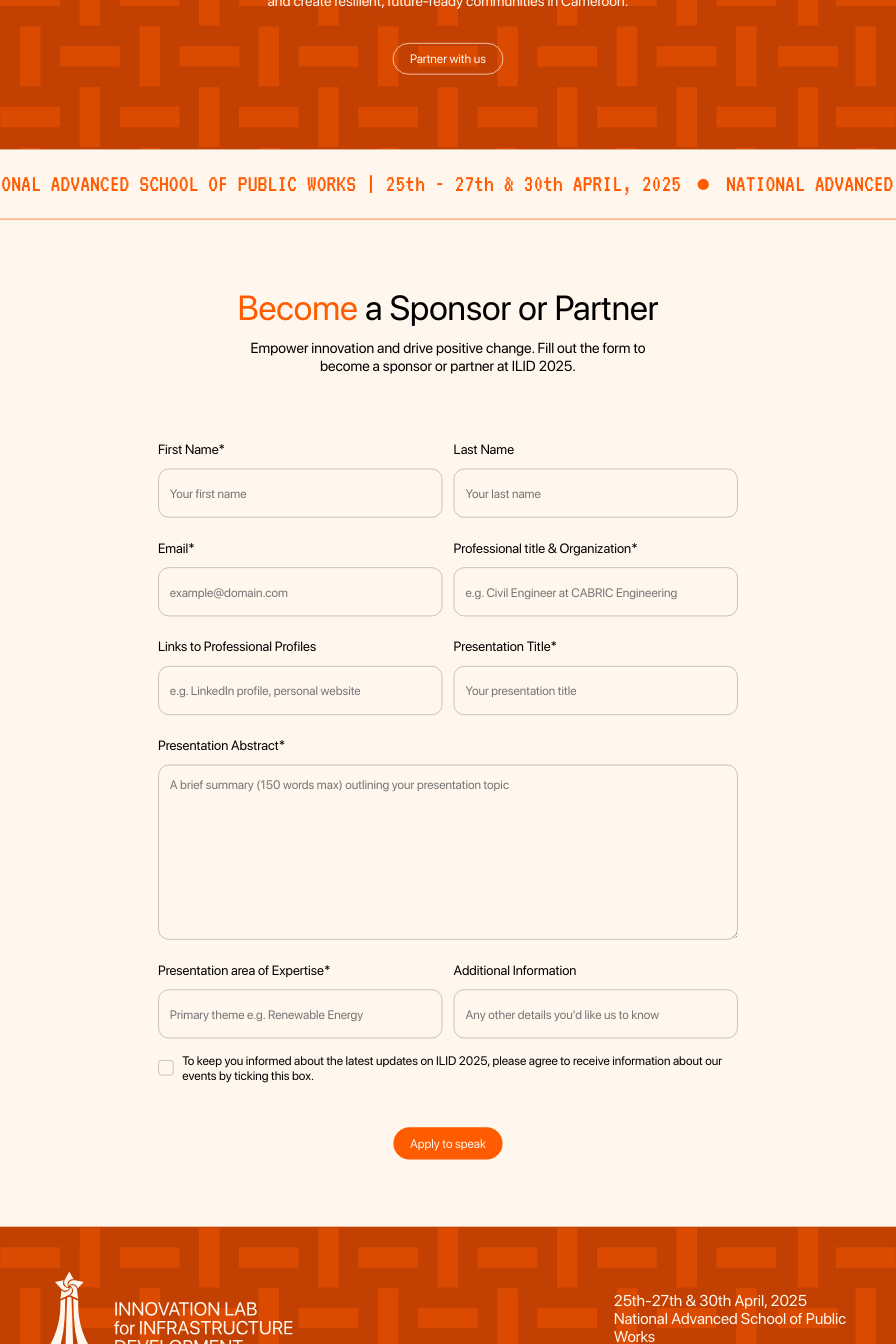
Repository: ilidevent/ilidwebsite
Page: /partners
These files come from the project's save history. The page is drawn as it stood at one moment and after the next save; the edit follows.
The browser window is 1280 px wide. The pictures show the part of the page from y = 399 to 2319 px (the page is 2758 px tall before and 2578 px after), at 70% of full size.
The project was rebuilt for these pictures with package versions that can differ from the ones it lists, and the page was loaded fresh each time. The framework's server and built-in components were replaced by stand-ins that run in the browser. Also part of the build but not shown: next.config.ts, components/ReUsables/ButtonTwo.tsx, styles/ReUsables/aboutboxwrapper.module.scss, components/ReUsables/TextEmail.tsx, styles/ReUsables/sloganbanner.module.scss, components/ReUsables/SloganBanner.tsx, styles/ReUsables/paddingtop.module.scss, components/ReUsables/PaddingTop.tsx and 42 more.

Above is the page before, as saved 2025-03-17 12:02:37.

### app/layout.tsx
import type { Metadata } from "next";
import localFont from "next/font/local";
import { Navbar } from "@/components";
import "../styles/globals.scss";
import Footer from "@/components/Navigation/Footer";

const regular = localFont({
  src: "./fonts/SF-Pro-Display-Regular.ttf",
  variable: "--regular-font"
})

const medium = localFont({
  src: "./fonts/SF-Pro-Display-Medium.ttf",
  variable: "--medium-font"
})

const semibold = localFont({
  src: "./fonts/SF-Pro-Display-Semibold.ttf",
  variable: "--semibold-font"
})

const heavy = localFont({
  src: "./fonts/SF-Pro-Display-Heavy.ttf",
  variable: "--heavy-font"
})

const script = localFont({
  src: "./fonts/VT323-Regular.ttf",
  variable: "--script-font"
})

export const metadata: Metadata = {
  title: "Innovation Lab for Infrastructure Development",
  description: "Generated by create next app",
};

export default function RootLayout({
  children,
}: Readonly<{
  children: React.ReactNode;
}>) {
  return (
    <html lang="en">
      <body className={`${regular.variable} ${medium.variable} ${semibold.variable} ${heavy.variable} ${script.variable}`}>
        <Navbar/>
        {children}
        <Footer/>
      </body>
    </html>
  );
}

### app/partners/layout.tsx
import type { Metadata } from "next";

export const metadata: Metadata = {
  title: "Partners ILID 2025",
  description: "From strategy to design, we craft brands that elevate visibility, build trust, and drive industry success.",
};

export default function RootLayout({
  children,
}: Readonly<{
  children: React.ReactNode;
}>) {
  return <>{children}</>;
}

### app/partners/page.tsx
import React from 'react'
import { PartnersPageWrapper } from '@/components'

const PartnersPage = () => {
  return (
    <div className='main'>
      <PartnersPageWrapper/>
    </div>
  )
}

export default PartnersPage

### components/index.ts
import Navbar from "./Navigation/Navbar";
import HomePageWrapper from "./HomePage/HomePageWrapper";
import AttendPageWrapper from "./AttendPage/AttendPageWrapper";
import SpeakerPageWrapper from "./SpeakerPage/SpeakerPageWrapper";
import AboutPageWrapper from "./AboutPage/AboutPageWrapper";
import AgendaPageWrapper from "./AgendaPage/AgendaPageWrapper";
import PitchPageWrapper from "./PitchPage/PitchPageWrapper";
import PartnersPageWrapper from "./PartnersPage/PartnersPageWrapper";

export {
  Navbar,
  HomePageWrapper,
  AttendPageWrapper,
  SpeakerPageWrapper,
  AboutPageWrapper,
  AgendaPageWrapper,
  PitchPageWrapper,
  PartnersPageWrapper
}

### components/Navigation/Navbar.tsx
import React from 'react'
import Image from 'next/image'
import Link from 'next/link'
import LOGO from "../../public/svg/whitelogo.svg"
import Button from '../ReUsables/Button'
import styles from "../../styles/Navigation/navbar.module.scss"

const Navbar = () => {
  const navLinks = [
    {
      name: "Attend",
      link: "/attend"
    },
    {
      name: "Speakers",
      link: "/speakers"
    },
    {
      name: "About",
      link: "/about"
    },
    {
      name: "Agenda",
      link: "/agenda"
    }
  ]

  const buttonOne = {
    name: "Pitch your idea",
    link: "/pitch-contest",
  }

  const buttonTwo = {
    name: "Partner with us",
    link: "/partners",
  }

  return (
    <>
      <header className={styles.nav__header}>
        <div className={`container ${styles.nav__container}`}>
          <Link className={styles.nav__logo} href="/">
            <Image fill quality={100} alt='ILID Logo' src={LOGO}/>
          </Link>
          <nav className={styles.nav__center}>
            {
              navLinks.map((data, i) => (
                <Link key={i} href={data.link}>{data.name}</Link>
              ))
            }
          </nav>
          <nav className={styles.nav__right}>
            <Button fill={false} buttonInfo={buttonOne}/>
            <Button fill buttonInfo={buttonTwo}/>
          </nav>
        </div>
      </header>
    </>
  )
}

export default Navbar

### components/PartnersPage/PartnersPageWrapper.tsx
"use client";

import React, { useEffect, useState, useRef } from "react";
import Lenis from "lenis";
import ReusableSection from "../ReUsables/ReusableSection";
import SpeakerForm from "../SpeakerPage/SpeakerForm";
import HeroSection from "../ReUsables/HeroSection";
import PartnersForm from "./PartnersForm";
import VenueBanner from "../ReUsables/VenueBanner";

const PartnersPageWrapper = () => {
  const [lenis, setLenis] = useState<Lenis | null>(null);
  const formRef = useRef<HTMLDivElement | null>(null);

  useEffect(() => {
    const lenisInstance = new Lenis({
      duration: 1,
    });

    function raf(time: number) {
      lenisInstance.raf(time);
      requestAnimationFrame(raf);
    }

    requestAnimationFrame(raf);

    // Store the lenis instance in state
    setLenis(lenisInstance);
  }, []);

  const HeroContent = {
    largeText: "Sponsor or Partner at ILID 2025",
    normalText:
      "Sponsor or Partner with us to ignite innovation, empower emerging leaders, and create resilient, future-ready communities in Cameroon.",
    buttonProps: {
      name: "Partner with us",
    }
  };

  const formContent = {
    header: "Become a Sponsor or Partner",
    keywords: ["Become"],
    text: "Empower innovation and drive positive change. Fill out the form to become a sponsor or  partner at ILID 2025.",
  };

  const HeroBreakpoints = {
    lg: "75vh",
    nm: "85vh",
    md: "100vh",
    sm: "100vh",
  };
  return (
    <>
      <HeroSection
        herocontent={HeroContent}
        breakpoints={HeroBreakpoints}
        lenis={lenis}
        reference={formRef}
      />
      <VenueBanner />
      <ReusableSection
        header={formContent.header}
        keywords={formContent.keywords}
        text={formContent.text}
        textColor="#000000"
        backgroundColor="#FFF6ED"
        ref={formRef}
      >
        <SpeakerForm />
      </ReusableSection>
    </>
  )
}

export default PartnersPageWrapper

### styles/Navigation/footer.module.scss
.footer__section{
  width: 100%;
  height: auto;
  position: relative;
  background-color: var(--darkorange);
  padding: 4rem 0 0;
  color: var(--body-color);
}

.footer__container{
  height: auto;
  position: relative;
  z-index: 1;
  display: flex;
  flex-direction: column;
  gap: 7rem;
}

.footer__top{
  position: relative;
  width: 100%;
  display: flex;
  flex-direction: column;
  gap: 3rem;
  justify-content: flex-start;
  align-items: flex-start;
}

.ft__top{
  width: 100%;
  height: auto;
  display: flex;
  justify-content: space-between;
  align-items: center;
}

.ft__image{
  width: 370px;
  aspect-ratio: 1112.0159/400;
  position: relative;

  img {
    object-fit: cover;
  }
}

.loca__venue{
  width: 30%;
  height: auto;

  span{
    font-size: calc(var(--normal-font-size) + 0.3rem);
  }
}

.ft__bottom{
  width: 100%;
  height: auto;
  display: flex;
  justify-content: space-between;
  align-items: flex-start;
}

.ftb__left{
  width: 20%;
  height: auto;
  display: flex;
  flex-direction: column;
  gap: 1.5rem;

  p{
    font-size: calc(var(--normal-font-size) + 0.3rem);
    line-height: 1.2;
  }
}

.svg__container{
  position: relative;
  display: flex;
  gap: 1.5rem;
}

.svg{
  width: 25px;
  height: 25px;
  display: block;
  color: var(--body-color);
  position: relative;
}

.ftb__right{
  width: 30%;
  height: auto;
  display: flex;
  gap: 4rem;
  align-items: flex-start;
}

.fnav__links{
  display: flex;
  flex-direction: column;
  gap: 0.7rem;

  a{
    color: var(--body-color);
    font-size: calc(var(--normal-font-size) + 0.3rem);
    opacity: 1;
    transition: all 0.7s ease;

    &:hover{
      opacity: 0.6;
    }
  }
}

.fback__image{
  width: 100%;
  height: 100%;
  position: absolute;
  top: 0;
  left: 0;

  img{
    object-fit: cover;
  }
}

.footer__bottom{
  width: 100%;
  padding: 1.5rem 0;
  border-top: 1px solid var(--body-color);
  font-size: var(--small-font-size);
  display: flex;
  justify-content: space-between;
  align-items: center;

  p{
    display: flex;
    gap: 0.15rem;

    .better{
      font-family: var(--medium-font);
      text-decoration: underline;
      cursor: pointer;
    }
  }
}

### components/ReUsables/Button.tsx
"use client";

import React from "react";
import Link from "next/link";
import styles from "../../styles/ReUsables/button.module.scss";

interface ButtonInfo {
  name: string;
  link?: string;
}

interface ButtonProps {
  buttonInfo: ButtonInfo;
  fill: boolean;
  onClick?: () => void;
}

const Button = ({ buttonInfo, fill, onClick }: ButtonProps) => {
  // If a link is provided, render a Link
  if (buttonInfo.link) {
    return fill ? (
      <Link className={styles.button__background} href={buttonInfo.link}>
        {buttonInfo.name}
      </Link>
    ) : (
      <Link className={styles.button__stroke} href={buttonInfo.link}>
        {buttonInfo.name}
      </Link>
    );
  }

  // If no link is provided but an onClick is available, render a clickable span
  if (onClick) {
    return fill ? (
      <span className={styles.button__background} onClick={onClick}>
        {buttonInfo.name}
      </span>
    ) : (
      <span className={styles.button__stroke} onClick={onClick}>
        {buttonInfo.name}
      </span>
    );
  }

  // Fallback: render a non-clickable span
  return fill ? (
    <span className={styles.button__background}>{buttonInfo.name}</span>
  ) : (
    <span className={styles.button__stroke}>{buttonInfo.name}</span>
  );
};

export default Button;

### styles/Navigation/navbar.module.scss
.nav__header {
  width: 100%;
  height: auto;
  padding: 1rem 0;
  position: fixed;
  top: 0;
  left: 0;
  z-index: 100;
}

.nav__container {
  position: relative;
  display: flex;
  justify-content: space-between;
  align-items: center;
}

.nav__logo {
  width: 270px;
  aspect-ratio: 1112.0159/400;
  position: relative;

  img {
    object-fit: cover;
  }
}

.nav__center {
  position: absolute;
  top: 50%;
  left: 50%;
  transform: translate(-50%, -50%);
  display: flex;
  gap: 1.5rem;

  a {
    color: var(--body-color);
    opacity: 1;
    transition: opacity 0.5s ease;

    &:hover {
      opacity: 0.5;
    }
  }
}

.nav__right{
  display: flex;
  gap: 1.5rem
}

### components/ReUsables/HeroSection.tsx
import React from "react";
import Button from "./Button";
import Image from "next/image";
import Lenis from "lenis";
import HEROBACK from "../../public/svg/heroback.svg"
import styles from "../../styles/ReUsables/herosection.module.scss";

interface HeroContent {
  largeText: string;
  normalText: string;
  buttonText?: string;
  buttonProps: {
    name: string;
    link?: string;
  };
}

interface HeroBreakpoints {
  lg: string;
  nm: string;
  md: string;
  sm: string;
}

const HeroSection = ({
  herocontent,
  breakpoints,
  lenis,
  reference,
}: {
  herocontent: HeroContent;
  breakpoints: HeroBreakpoints;
  lenis?: Lenis | null;
  reference?: React.RefObject<HTMLDivElement | null>;
}) => {


  const handleLenisScroll = () => {
    if (lenis && reference?.current) {
      const referenceTop =
        window.scrollY + reference?.current.getBoundingClientRect().top;
      lenis.scrollTo(referenceTop);
    }
  };


  return (
    <section
      className={styles.hero__section}
      style={
        {
          "--lg": breakpoints.lg,
          "--nm": breakpoints.nm,
          "--md": breakpoints.md,
          "--sm": breakpoints.sm,
        } as React.CSSProperties
      }
    >
      <div className={styles.hero__container}>
        <div className={styles.content__wrapper}>
          <div className={styles.large__text}>
            <h1>{herocontent.largeText}</h1>
          </div>
          <div className={styles.normal__text}>
            <p>{herocontent.normalText}</p>
          </div>
          <div className={styles.hbutton__wrapper}>
            {herocontent.buttonText && <p className={styles.button__text}>{herocontent.buttonText}</p>}
            <Button fill={false} buttonInfo={herocontent.buttonProps} onClick={handleLenisScroll}/>
          </div>
        </div>
      </div>
      <div className={styles.hero__image}>
        <Image fill quality={100} alt="ILID Pattern" src={HEROBACK}/>
      </div>
    </section>
  );
};

export default HeroSection;

### styles/ReUsables/button.module.scss
.button__background{
  padding: 0.7rem 1.5rem;
  border-radius: 100px;
  background-color: var(--body-color);
  color: var(--orange);
  border: 1px solid transparent;
  transition: all 0.5s ease;
  cursor: pointer;

  &:hover{
    border: 1px solid var(--body-color);
    color: var(--body-color);
    background-color: transparent;
  }
}

.button__stroke{
  padding: 0.7rem 1.5rem;
  border-radius: 100px;
  background-color: transparent;
  color: var(--body-color);
  border: 1px solid var(--body-color);
  transition: all 0.5s ease;
  cursor: pointer;

  &:hover{
    border: 1px solid transparent;
    color: var(--orange);
    background-color: var(--body-color);
  }
}

.button__strokeTwo{
  padding: 0.7rem 1.5rem;
  border-radius: 100px;
  background-color: transparent;
  color: var(--orange);
  border: 1px solid var(--orange);
  transition: all 0.5s ease;

  &:hover{
    border: 1px solid transparent;
    color: var(--body-color);
    background-color: var(--orange);
  }
}

### styles/ReUsables/herosection.module.scss
.hero__section {
  width: 100vw;
  height: var(--nm);
  background-color: var(--darkorange);
  position: relative;
  color: var(--body-color);
}

.hero__image{
  width: 100%;
  height: 100%;
  position: absolute;
  top: 0;
  left: 0;

  img{
    object-fit: cover;
  }
}

.hero__container {
  width: 100%;
  height: 100%;
  position: relative;
  z-index: 1;
}

.content__wrapper {
  width: 930px;
  height: auto;
  position: absolute;
  top: 150px;
  left: 50%;
  transform: translateX(-50%);
  display: flex;
  flex-direction: column;
  justify-content: flex-start;
  align-items: center;
  gap: 1.5rem;
}

.large__text {
  h1 {
    font-size: calc(var(--biggest-font-size) - 2.3rem);
    font-weight: 100;
    text-align: center;
    line-height: 1.03;
  }
}

.normal__text {
  width: 70%;
  text-align: center;

  p {
    font-size: calc(var(--normal-font-size) + 0.2rem);
  }
}

.hbutton__wrapper{
  display: flex;
  flex-direction: column;
  gap: 1rem;
  align-items: center;
  margin-top: 1.5rem;
}

@media screen and (min-height: 800px) {
  .hero__section{
    height: var(--lg);
  }

  .content__wrapper{
    width: 1030px;
    top: 21%;
  }

  .large__text {
    h1 {
      font-size: calc(var(--biggest-font-size) - 1.5rem);
      font-weight: 100;
      text-align: center;
      line-height: 1.1;
    }
  }

  .normal__text {
    width: 70%;
    text-align: center;

    p {
      font-size: calc(var(--h2-font-size) - 1rem);
    }
  }

  .hbutton__wrapper{
    display: flex;
    flex-direction: column;
    gap: 1.5rem;
    align-items: center;
    margin-top: 2rem;
  }
}

### styles/ReUsables/venuebanner.module.scss
.vb__section{
  position: relative;
  width: 100%;
  height: auto;
  padding: 0rem 0 3rem;
}

.vbslider__container{
  width: 100%;
  padding: 2rem 0;
  border-bottom: 1px solid var(--orange);
}

.vb__slider{
  width: max-content;
  position: relative;
  display: flex;
}

.vslider__main{
  display: flex;

  .vslider__space{
    width: 1rem;
    height: 1rem;
    display: block;
  }
}

.vslider__content{
  display: flex;
  gap: 1.5rem;
  align-items: center;
  font-family: var(--script-font);
  font-size: calc(var(--h2-font-size) - 0.3rem);
  color: var(--orange);
}

.vfirst__slide{
  display: flex;
  align-items: center;
  gap: 1.5rem;

  p{
    word-wrap: none;
  }

  .vspan__button{
    display: block;
    width: 1rem;
    height: 1rem;
    border-radius: 50%;
    background-color: var(--orange);
  }
}

### components/ReUsables/HighlighedText.tsx
import React from 'react'
import styles from "../../styles/ReUsables/highlightedtext.module.scss";

interface HighlightedTextProps {
  text: string;
  keywords?: string[];
  color: string;
}

const HighlightedText = ({
  text,
  keywords,
  color
}: HighlightedTextProps) => {
  // Split the text into words
  const words = text.split(" ");

  return (
    <p className={styles.large__text}>
      {words.map((word, index) => {
        // Remove punctuation for matching and convert to lowercase.
        const cleanedWord = word.replace(/[.,!?;:()]/g, "");

        if (keywords?.includes(cleanedWord)) {
          return (
            <span key={index} style={{color: "var(--orange)"}}>
              {word}{" "}
            </span>
          );
        } else {
          return (
            <span key={index} style={{color: color}}>
              {word}{" "}
            </span>
          );
        }
      })}
    </p>
  );
};

export default HighlightedText;

### styles/ReUsables/reusablesection.module.scss
.rs__content{
  width: 100%;
  height: auto;
  position: relative;
}

.rs__container{
  height: max-content;
}

.rs__wrapper{
  width: 100%;
  height: auto;
  display: flex;
  flex-direction: column;
  justify-content: flex-start;
  gap: 6rem;
  align-items: center;
}

.rscontent__header{
  width: 60%;
  display: flex;
  flex-direction: column;
  align-items: center;
  justify-content: flex-start;
  gap: 1rem;

  .p__tag{
    text-align: center;
    width: 85%;
    font-size: calc(var(--normal-font-size) + 0.2rem);
  }
}

.rsmain__content{
  width: 100%;
  height: auto;
}

.rButton{
  display: flex;
  flex-direction: column;
  align-items: center;

}

.rbutton__text{
  width: max-content;
  margin-bottom: 1rem;
}

### components/ReUsables/FormInput.tsx
"use client";

import React, { useState, useEffect } from "react";
import styles from "../../styles/ReUsables/forminput.module.scss";

interface FormField {
  id: number;
  name: string;
  type: string;
  placeholder: string;
  errorMessage?: string;
  label: string;
  required: boolean;
  minlength?: number;
  inputState: boolean;
}

const FormInput = ({
  data,
  isSubmitting,
}: {
  data: FormField;
  isSubmitting: boolean;
}) => {
  const [focused, setFocused] = useState(false);

  useEffect(() => {
    if (isSubmitting) {
      setFocused(false);
    }
  }, [isSubmitting]);

  const handleFocus = () => {
    if (!isSubmitting) { // Skip onBlur during form reset/submission
      setFocused(true);
    }
  };

  return (
    <div className={styles.input__wrapper}>
      <label htmlFor={data.name} className={styles.label}>
        {data.label}
      </label>
      {data.inputState ? (
        <input
          className={styles.input}
          name={data.name}
          type={data.type}
          placeholder={data.placeholder}
          required={data.required}
          minLength={data.minlength}
          onBlur={handleFocus}
          data-focused={focused.toString()}
        />
      ) : (
        <textarea
          className={styles.textarea}
          name={data.name}
          placeholder={data.placeholder}
          required={data.required}
          minLength={data.minlength}
          onBlur={handleFocus}
          data-focused={focused.toString()}
        />
      )}
      <span className={styles.error}>{data.errorMessage}</span>
    </div>
  );
};

export default FormInput;

### styles/ReUsables/highlightedtext.module.scss
.large__text{
  font-size: calc(var(--h2-font-size) + 0.6rem);
}

.phrase__text{
  font-size: calc(var(--normal-font-size) + 0.6rem);
  text-align: justify;
}

### styles/ReUsables/forminput.module.scss
.input__wrapper{
  width: 100%;
  height: auto;
  display: flex;
  flex-direction: column;
  gap: 1rem
}

.label{
  font-size: calc(var(--normal-font-size) + 0.1rem);
  text-transform: none;
}

.input {
  width: 100%;
  height: 70px;
  padding-left: 1rem;
  outline: none;
  background-color: transparent;
  border-radius: 15px;
  border: 1px solid rgba(0, 0, 0, 0.3);


  &:focus {
    border: 1px solid #ffa473;
  }

  &:invalid[data-focused="true"] {
    border: 1px solid red;
  }

  &:invalid[data-focused="true"] ~ .error {
    display: block;
  }
}

.textarea {
  width: 100%;
  min-height: 250px;
  padding-top: 1rem;
  padding-left: 1rem;
  outline: none;
  border: 1px solid rgba(0, 0, 0, 0.3);
  background-color: transparent;
  border-radius: 15px;


  &:focus {
    border: 1px solid #ffa473;
  }

  &:invalid[data-focused="true"] {
    border: 1px solid rgb(255, 0, 0);
  }

  &:invalid[data-focused="true"] ~ .error {
    display: block;
  }
}

.error {
  font-size: calc(var(--normal-font-size) - 0.1rem);
  color: rgb(255, 0, 0);
  display: none;
  margin-top: -0.2rem;
}

Loaded but not shown: utils/index.ts (2098 lines, source omitted); components/Navigation/BetterMarque.tsx (236 lines, source omitted); components/Navigation/Footer.tsx (119 lines, source omitted); components/SpeakerPage/SpeakerForm.tsx (126 lines, source omitted); components/PartnersPage/PartnersForm.tsx (120 lines, source omitted); components/ReUsables/VenueBanner.tsx (90 lines, source omitted); styles/Navigation/bettermarque.module.scss (150 lines, source omitted); styles/globals.scss (167 lines, source omitted); components/ReUsables/ReusableSection.tsx (86 lines, source omitted); styles/AttendPage/attendform.module.scss (137 lines, source omitted)

After the next save:
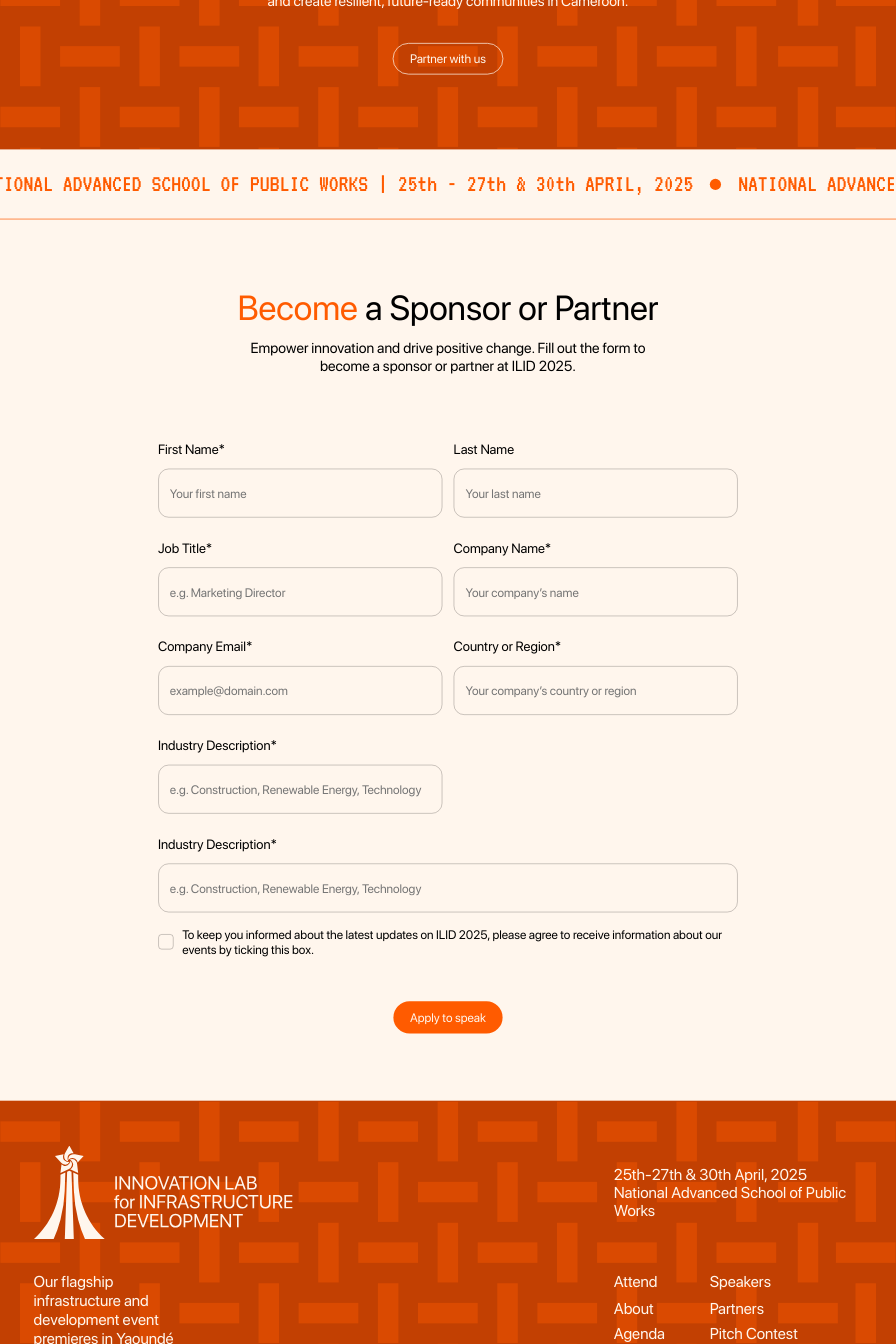
Saved 7 s later.
--- a/components/PartnersPage/PartnersPageWrapper.tsx
+++ b/components/PartnersPage/PartnersPageWrapper.tsx
@@ -66,7 +66,7 @@
         backgroundColor="#FFF6ED"
         ref={formRef}
       >
-        <SpeakerForm />
+        <PartnersForm />
       </ReusableSection>
     </>
   )
